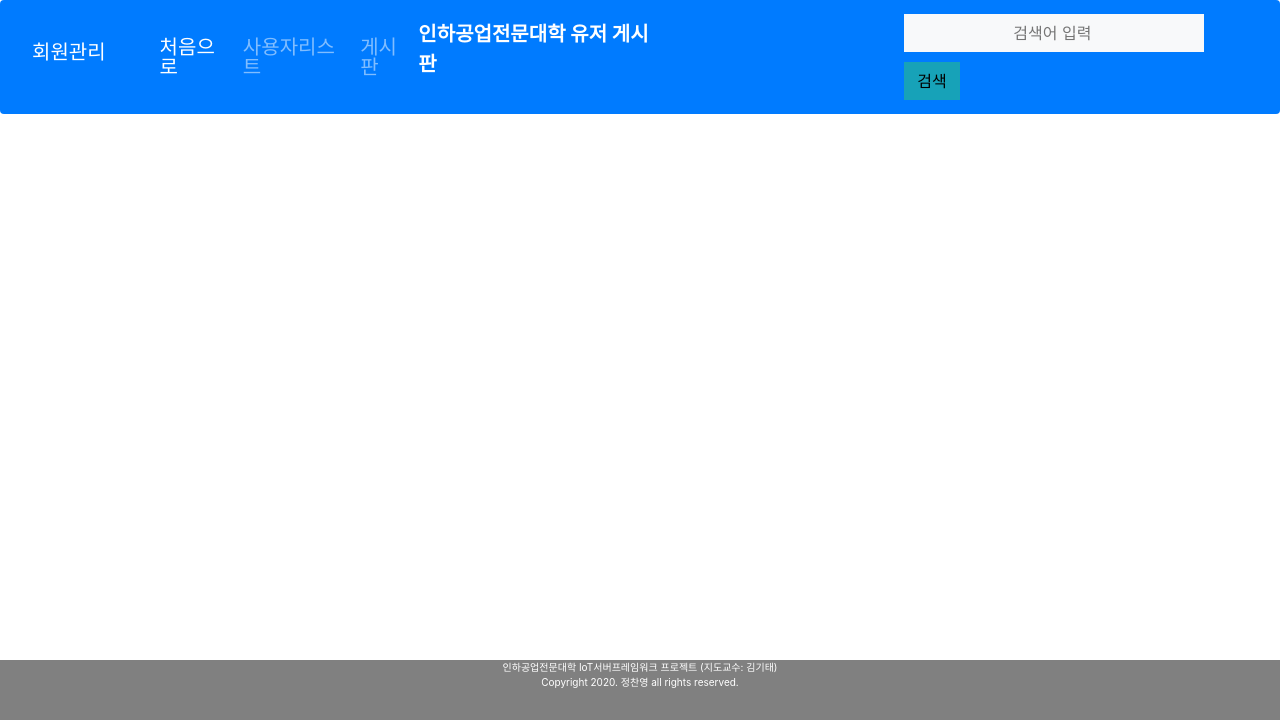
Repository: 201645032/IoTServerFrameWork
Page: http://localhost/layout/default
These files come from the project's save history. The page is drawn as it stood at one moment and after the next save; the edit follows.
The browser window is 1280 px wide. The pictures show the whole page.
Some web fonts or font styles are not loaded; a fallback is used. The page is this project's Thymeleaf template; nobody is signed in. The template is opened directly, without the code that normally fills it, so the values that code supplies are empty.

Above is the page before, as saved 2020-06-11 06:03:38.

After the next save:
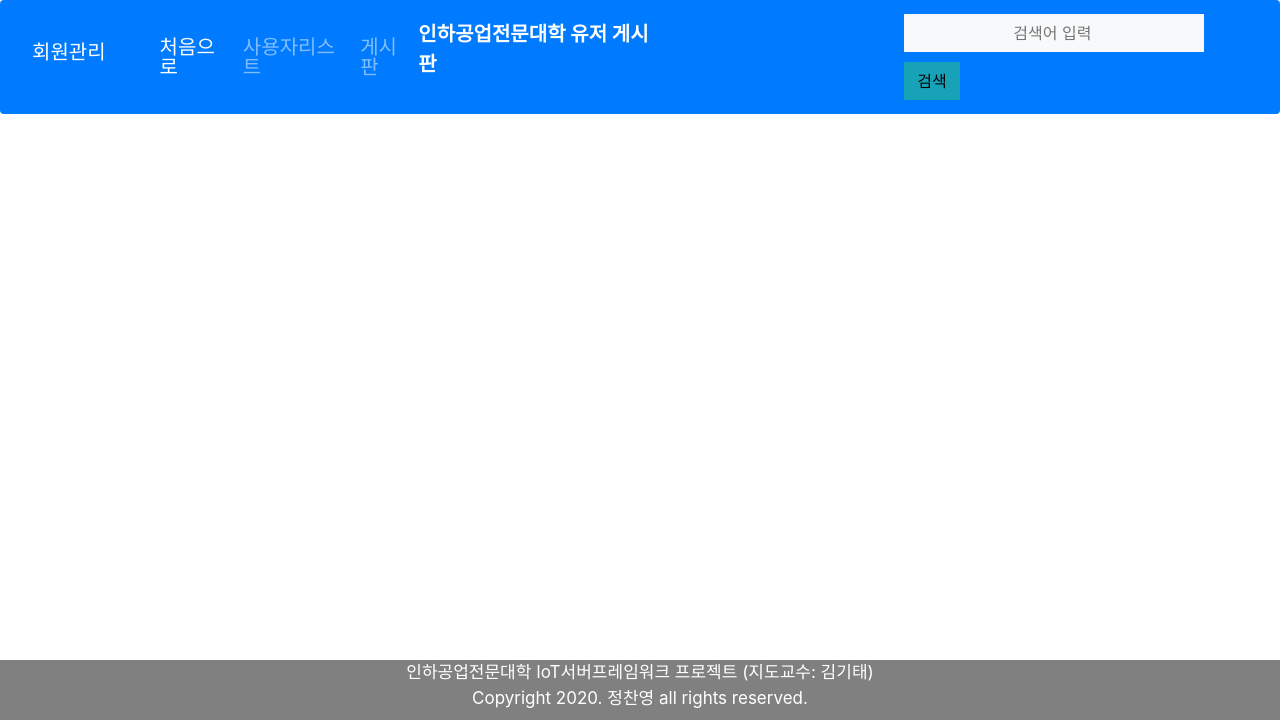
Saved 5 s later.
--- a/MyProject/src/main/resources/templates/layout/default.html
+++ b/MyProject/src/main/resources/templates/layout/default.html
@@ -7,7 +7,7 @@
 right: 0;
 text-align:center;
 padding:-50px;
-font-size:10px;
+font-size:17px;
 }
 
 #navbarSupportedContent{
